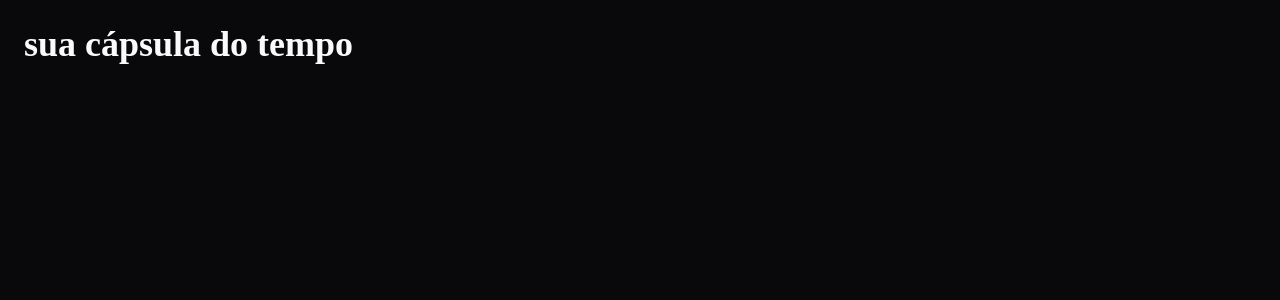
Repository: Herlander929/SpaceTime-nlw
Page: / (app in front-end/)
An editor plug-in stored every save of this project. The page is shown before and after the next save, followed by the edit.
The browser window is 1280 px wide. The pictures show the whole page.
Some web fonts or font styles are not loaded; a fallback is used. The project was rebuilt for these pictures with package versions that can differ from the ones it lists, and the page was loaded fresh each time. The framework's server and built-in components were replaced by stand-ins that run in the browser. Also part of the build but not shown: front-end/next.config.js.

Above is the page before, as saved 2023-05-18 17:24:22.

After the next save:
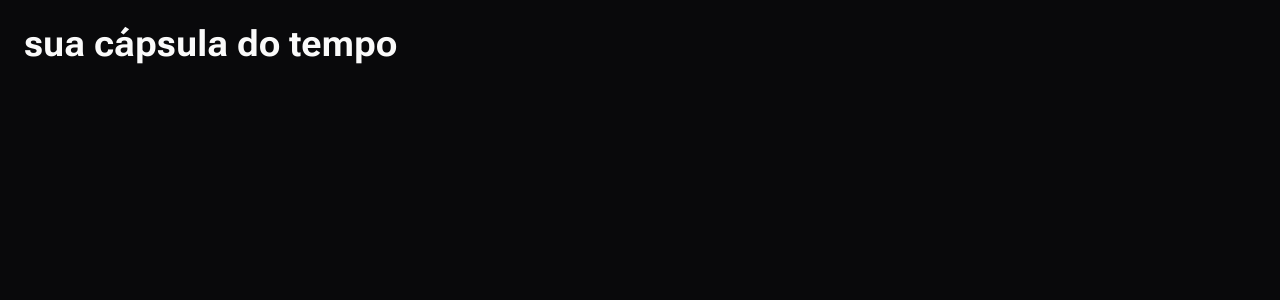
Saved 63 s later.
--- a/front-end/src/app/layout.tsx
+++ b/front-end/src/app/layout.tsx
@@ -17,7 +17,7 @@ export const metadata = {
 export default function RootLayout({ children }: { children: ReactNode }) {
   return (
     <html lang="en">
-      <body className={roboto.variable}>{children}</body>
+      <body className={`${roboto.variable} font-sans`}>{children}</body>
     </html>
   )
 }
